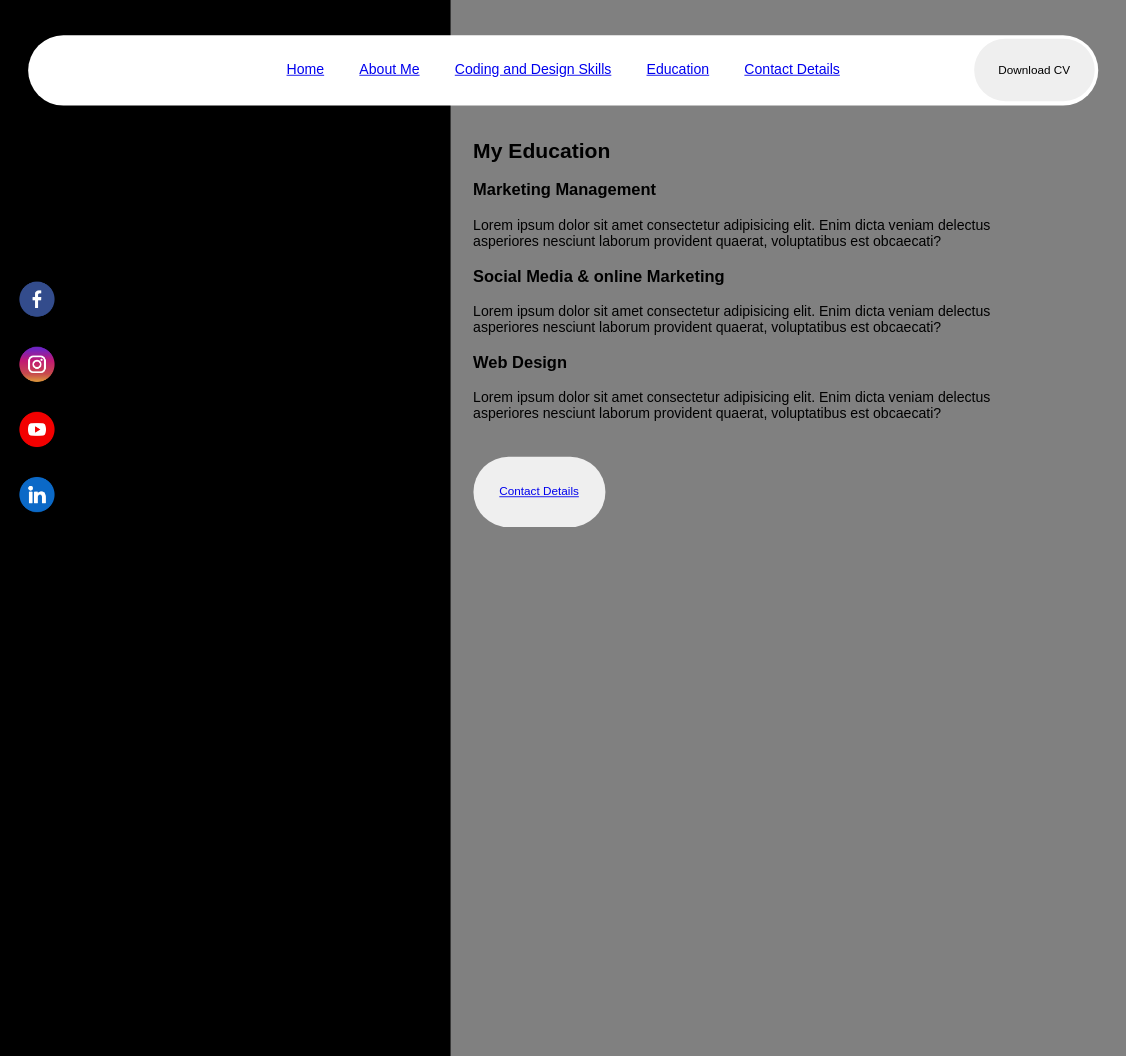
Repository: WesleyErasmus/MyDigitalResume-4
Page: education.html
An editor plug-in stored every save of this project. The page is shown before and after the next save, followed by the edit.
The browser window is 1280 px wide. The pictures show the whole page, at 88% of full size.

Above is the page before, as saved 2022-02-20 18:42:18.

After the next save:
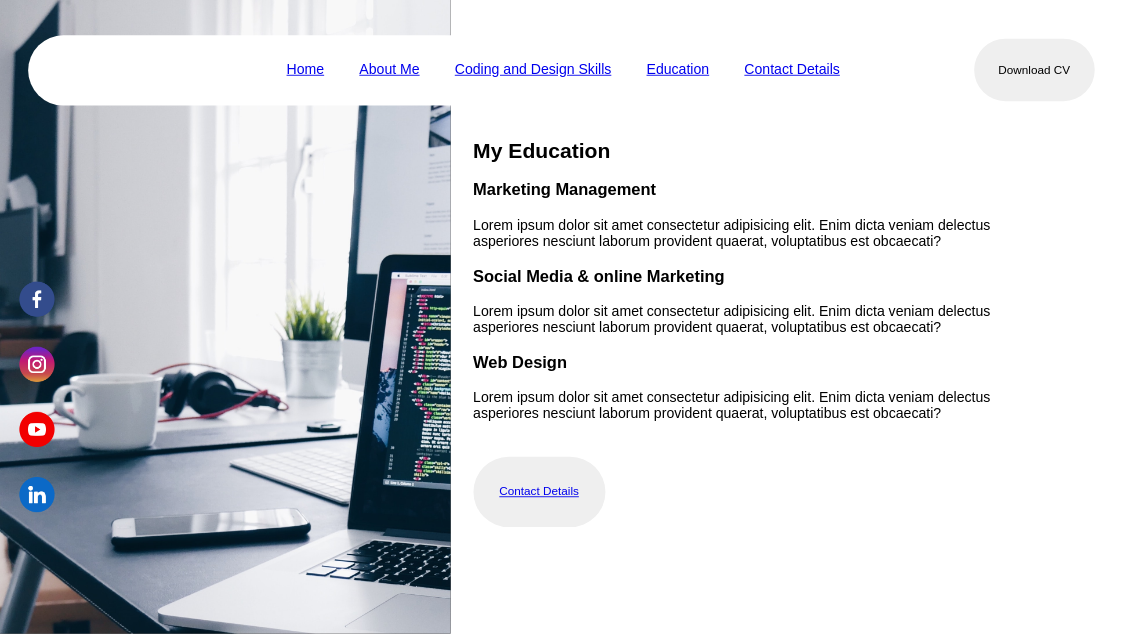
Saved 50 s later.
--- a/education.css
+++ b/education.css
@@ -4,7 +4,6 @@
     padding: 0;
 }
 body {
-    background-color: grey;
     overflow:hidden;
 }
 header.nav-menu-top {
@@ -47,8 +46,11 @@ aside.self-portrait {
     position: absolute;
     top: 0;
     left: 0;
-    height: 1200px;
+    height: 100%;
     width: 40%;
+    background-image: url(/backgroundImage/coding-2.jpg);
+    background-repeat: no-repeat;
+    background-size: 250%;
 }
 nav.social-media-links {
     position: relative;
